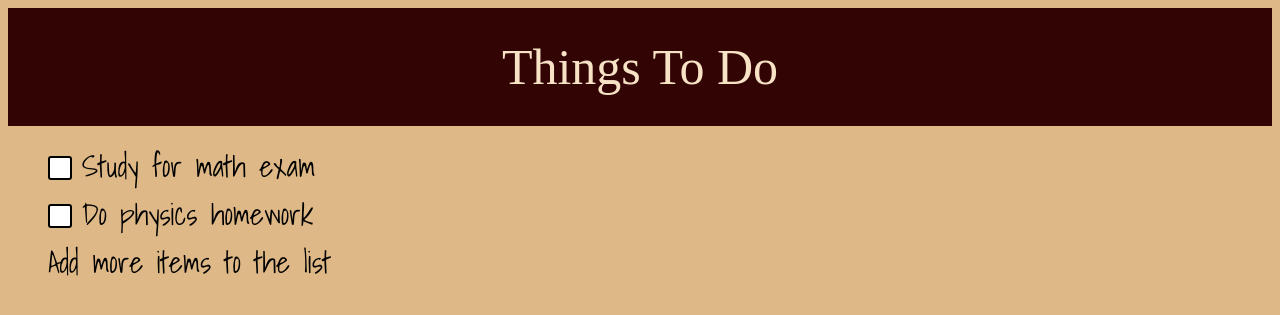
Repository: riya10483/pomodoro
Page: todo.html
An editor plug-in stored every save of this project. The page is shown before and after a run of saves, followed by the edit.
The browser window is 1280 px wide. The pictures show the whole page.
Some web fonts or font styles are not loaded; a fallback is used.

Above is the page before, as saved 2024-09-28 21:26:27.

### todo.html
<!DOCTYPE html>
<html lang="en">
<head>
    <meta charset="UTF-8">
    <style>
        @import url('https://fonts.googleapis.com/css2?family=Rye&display=swap');
    </style>
    <style>
        @import url('https://fonts.googleapis.com/css2?family=Shadows+Into+Light&display=swap');
    </style>
    <style>
        @import url('https://fonts.googleapis.com/css2?family=Peralta&family=Rye&display=swap');
    </style>
    <meta name="viewport" content="width=device-width, initial-scale=1.0">
    <title>To Do List</title>
    <link rel="stylesheet" href="todo.css">
</head>
<body>
    <div id="header">Things To Do</div>
    <ul id="checklist">
        <li><input type="checkbox" id="item1" onclick="strikeThrough(this)"><label for="item1">Study for math exam</label></li>
        <li><input type="checkbox" id="item2" onclick="strikeThrough(this)"><label for="item1"></label>Do physics homework</li>
        <li><input type="checkbox" id="item3" onclick="strikeThrough(this)">Add more items to the list</li>
    </ul>
</body>
<script src="functions.js"></script>
</html>

### todo.css
* {
    background-color:burlywood;
}
#header {
    color:rgb(247, 226, 198);
    padding: 30px;
    background-color:rgb(50, 4, 4);
    text-align: center;
    font-family: Rye;
    font-size: 50px;
}

li {
    font-size: 30px;
    font-family: "Shadows Into Light";
    list-style: none;
}

input {
    width: 30px;
    height: 30px;
    margin: 15px 30px;
}

.checked {
    text-decoration: line-through;
    color:rgb(176, 141, 94);
}

/* Hide the default checkbox */
input[type="checkbox"] {
    display: none;
}

/* Create a custom checkbox appearance */
input[type="checkbox"] + label:before {
    content: '';
    display: inline-block;
    width: 20px;
    height: 20px;
    margin-right: 10px;
    border: 2px solid #000;
    border-radius: 3px;
    background-color: white;
    vertical-align: middle;
}

/* Change appearance when checkbox is checked */
input[type="checkbox"]:checked + label:before {
    background-color: #4caf50;
    border-color: #4caf50;
    content: '✓';
    color: white;
    text-align: center;
    font-size: 18px;
    line-height: 20px;
}

/* Strike-through on label text when checkbox is checked */
input[type="checkbox"]:checked + label {
    text-decoration: line-through;
    color: #999;
}

### functions.js
let seconds = 300


// setInterval(function () {
//     seconds -= 1
//     let timerElement = document.getElementById("timer")
//     timerElement.innerHTML = seconds

// }, 1000);

function myFunction() {
    console.log("hello")
}

function strikeThrough(checkbox) {
    if (checkbox.checked) {
        checkbox.parentElement.classList.add('checked');
    }
    else {
        checkbox.parentElement.classList.remove('checked');
    }
}

After the next 3 saves:
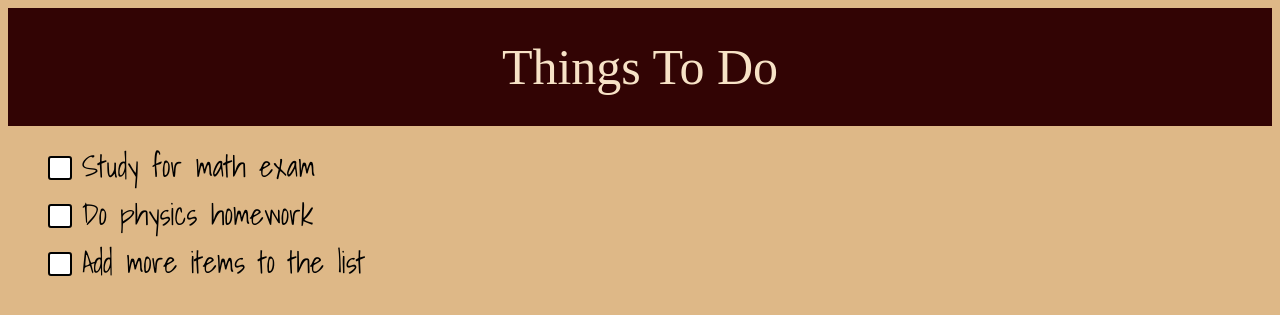
The 3 saves are shown as one change because they came seconds apart.
The last was saved 5 s later.
--- a/todo.html
+++ b/todo.html
@@ -19,8 +19,8 @@
     <div id="header">Things To Do</div>
     <ul id="checklist">
         <li><input type="checkbox" id="item1" onclick="strikeThrough(this)"><label for="item1">Study for math exam</label></li>
-        <li><input type="checkbox" id="item2" onclick="strikeThrough(this)"><label for="item1"></label>Do physics homework</li>
-        <li><input type="checkbox" id="item3" onclick="strikeThrough(this)">Add more items to the list</li>
+        <li><input type="checkbox" id="item2" onclick="strikeThrough(this)"><label for="item2"></label>Do physics homework</li>
+        <li><input type="checkbox" id="item3" onclick="strikeThrough(this)"><label for="item3"></label>Add more items to the list</li>
     </ul>
 </body>
 <script src="functions.js"></script>
